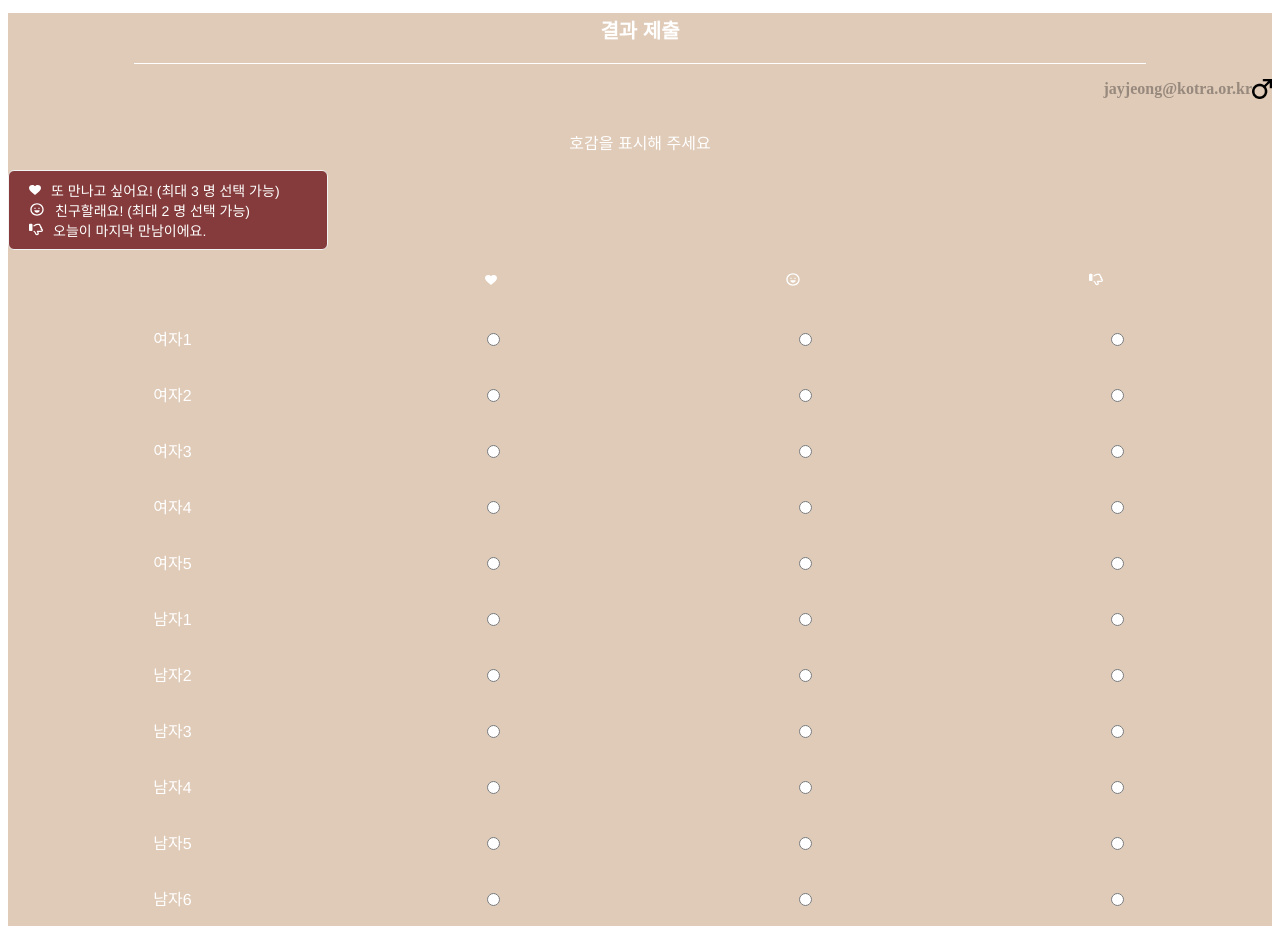
Repository: Jay-Jeong1988/speed_dating_pwa
Page: /submit_result
These files come from the project's save history. The page is drawn as it stood at one moment and after a run of saves; the edit follows.
The browser window is 1280 px wide. The pictures show the whole page.
The project was rebuilt for these pictures with package versions that can differ from the ones it lists, and the page was loaded fresh each time. Also part of the build but not shown: vue.config.js, src/views/LoginPage.vue, src/views/DashBoard.vue, src/components/no_reservation_card.vue, src/views/BookedEventsPage.vue.

Above is the page before, as saved 2023-02-11 23:15:06.

After the next 2 saves:
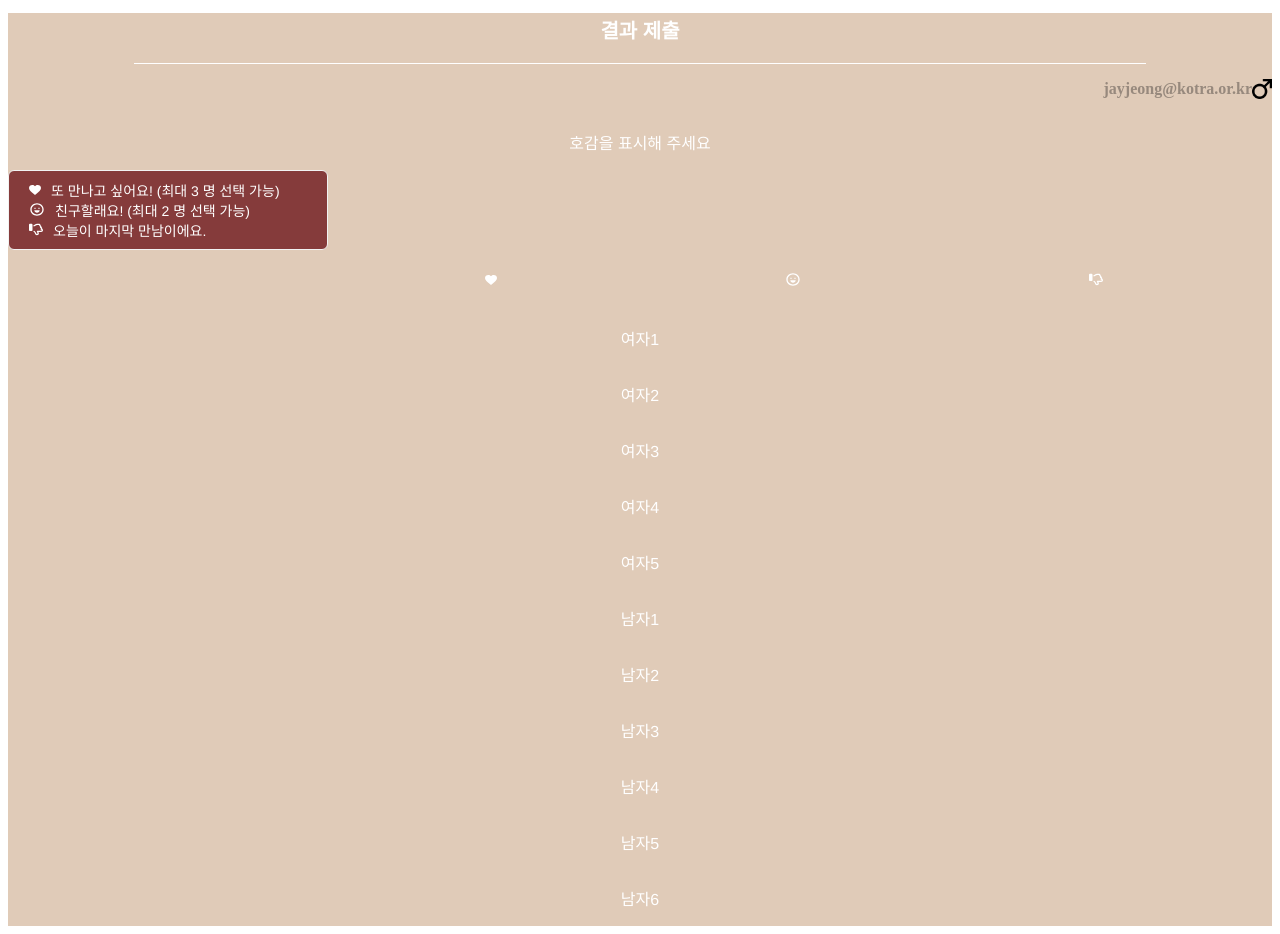
The 2 saves are shown as one change because they came seconds apart.
The last was saved 113 s later.
--- a/src/views/SubmitResultPage.vue
+++ b/src/views/SubmitResultPage.vue
@@ -97,6 +97,13 @@ export default {
     display: flex;
     justify-content: space-around;
     align-items: center;
+    input {
+      position: absolute;
+      opacity: 0;
+      cursor: pointer;
+      height: 0;
+      width: 0;
+    }
   }
 }
 </style>
